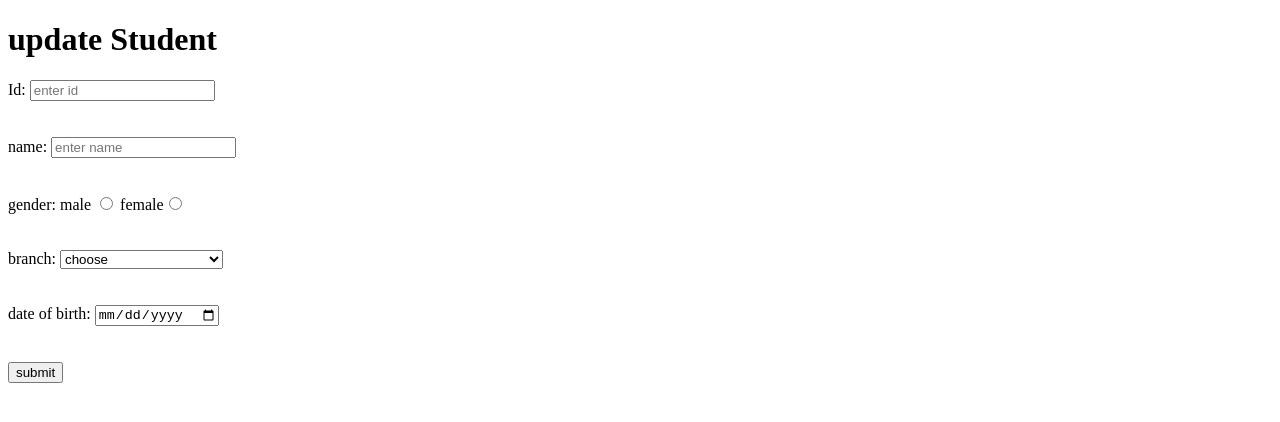
Repository: netravatih-paycorp/Assignments
Page: http://localhost/SpringMvc/update.jsp
The author's editor kept a copy of each file at every save. The page is drawn from the files as they stood at one save, then again after the next save.
The browser window is 1280 px wide. The pictures show the whole page.
The page is served by Tomcat 10.

Above is the page before, as saved 2023-07-21 07:06:19.

After the next save:
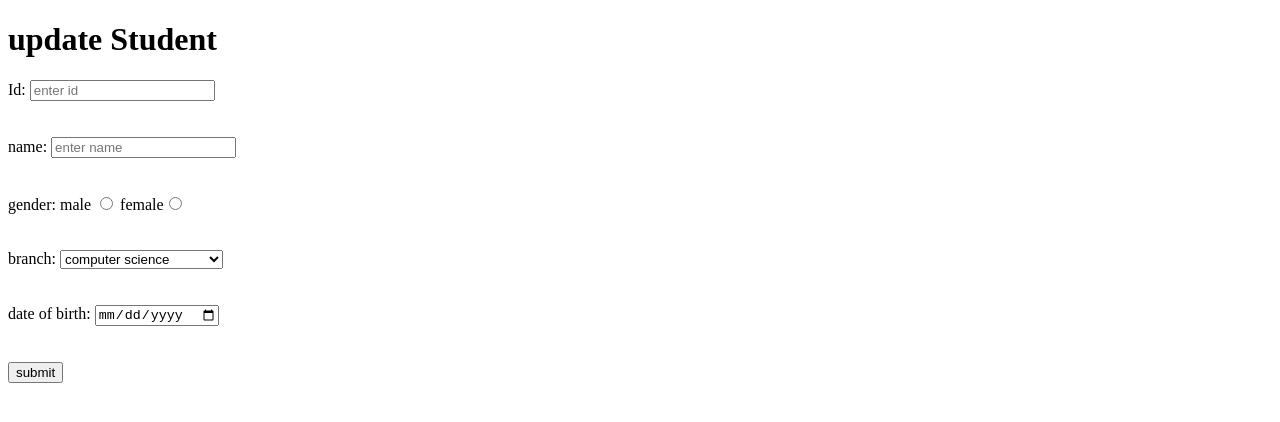
Saved 49 s later.
--- a/SpringMvc/src/main/webapp/update.jsp
+++ b/SpringMvc/src/main/webapp/update.jsp
@@ -29,7 +29,6 @@
 
 		 <label>branch:</label>
 		 <select  name="branch" >
-		   <option> choose </option>
            <option>computer science</option>
            <option>electrical engineering</option>
            <option >mechanical engineering</option>
